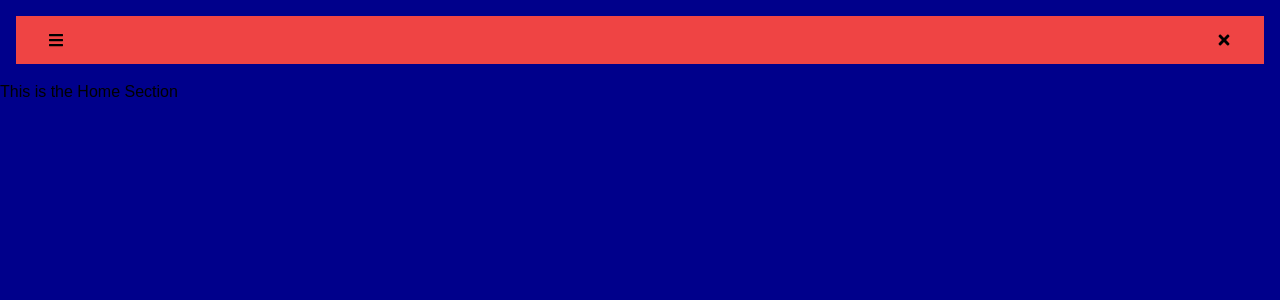
Repository: AngusOnyebuchi/Dashboard
Page: /contact
The author's editor kept a copy of each file at every save. The page is drawn from the files as they stood at one save, then again after the next save.
The browser window is 1280 px wide. The pictures show the whole page.
The project was rebuilt for these pictures with package versions that can differ from the ones it lists, and the page was loaded fresh each time.

Above is the page before, as saved 2022-05-15 00:30:21.

After the next save:
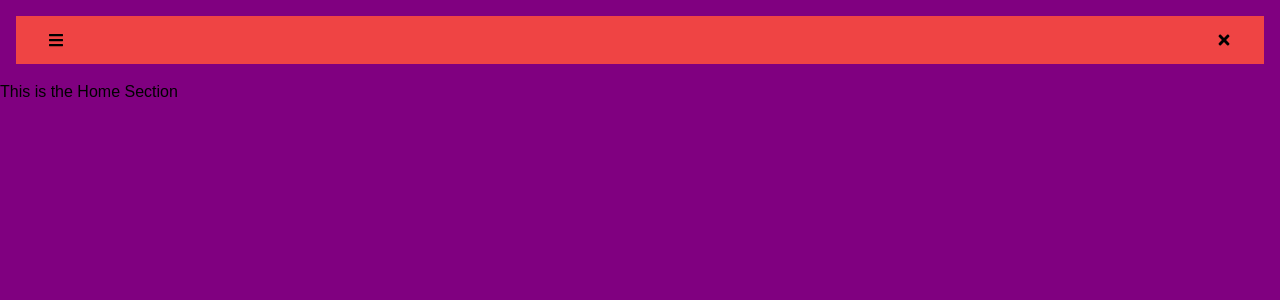
Saved 20 s later.
--- a/src/style.css
+++ b/src/style.css
@@ -4,7 +4,7 @@
 
 @layer base {
     body{
-        background-color: darkblue;
+        background-color: purple;
         @apply font-[Sans-serif];
     }
     li {

After the save that followed:
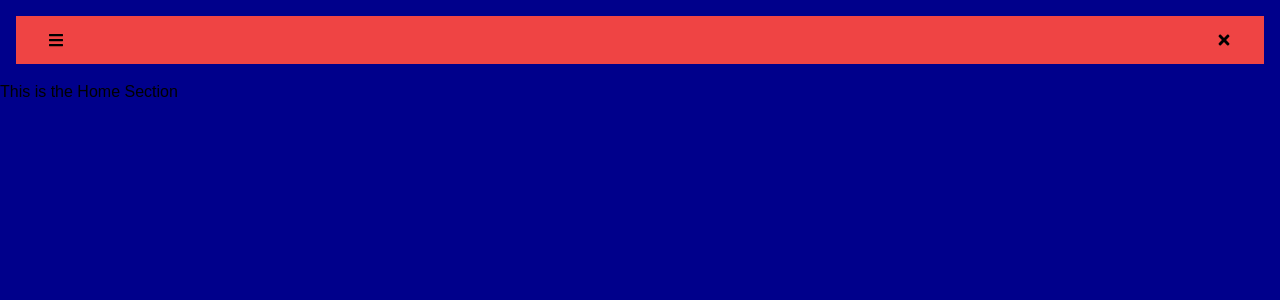
Saved 19 s later.
--- a/src/style.css
+++ b/src/style.css
@@ -4,7 +4,7 @@
 
 @layer base {
     body{
-        background-color: purple;
+        background-color: darkblue;
         @apply font-[Sans-serif];
     }
     li {
